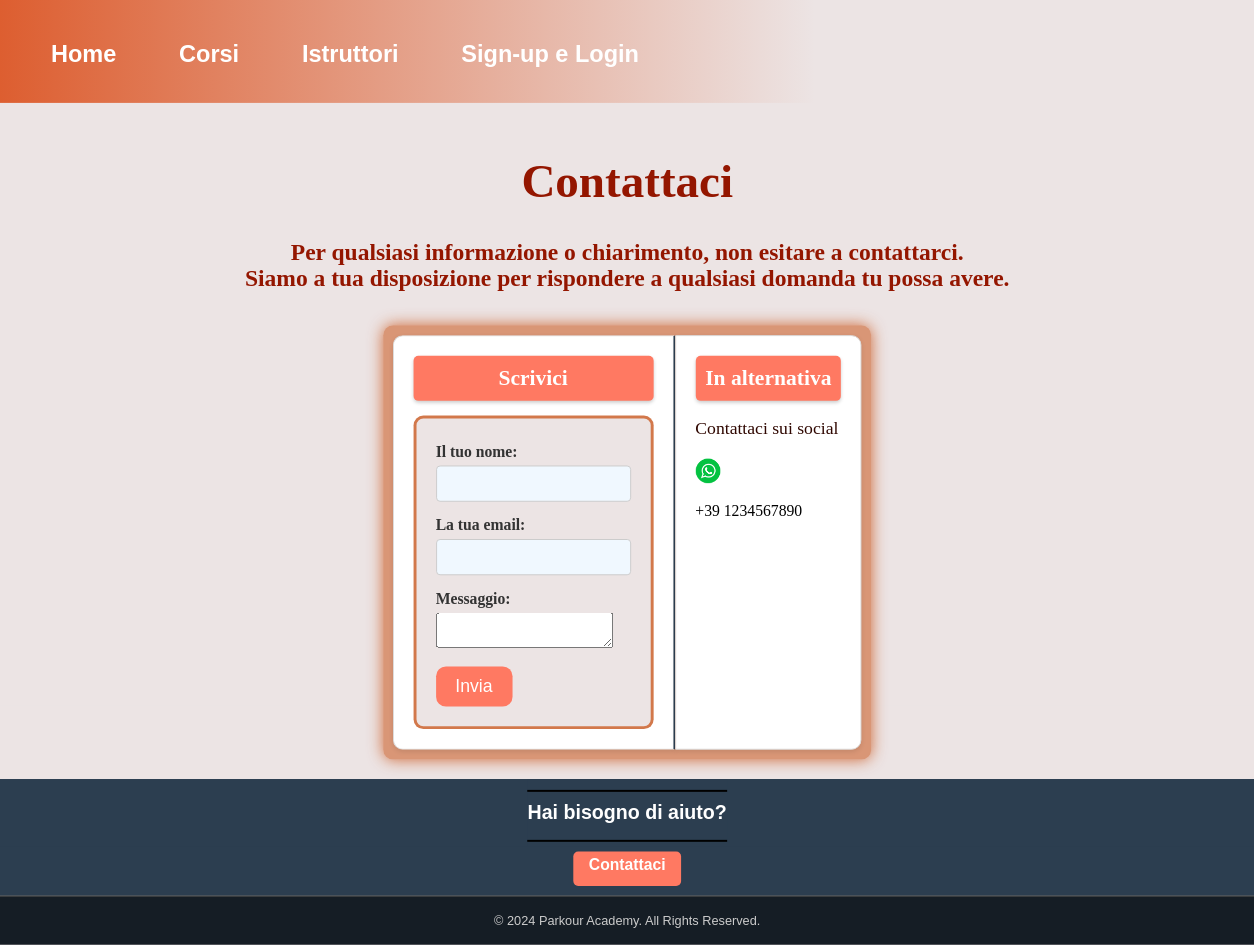
Repository: GiuuGpEEp/TerzoAnnoUni
Page: http://localhost/ContactUs/contact.php
These files come from the project's save history. The page is drawn as it stood at one moment and after a run of saves; the edit follows.
The browser window is 1280 px wide. The pictures show the whole page, at 98% of full size.
The page is run by PHP 8.4 with error messages shown; the project is at /var/www/html/.

Above is the page before, as saved 2025-01-13 15:42:46.

### SAW/Esercizi/Progetto/ContactUs/contact.php
<!DOCTYPE html>
<html lang="it">
<head>
    <title>PA - Contattaci</title>
    <link rel="icon" href="../Logo32.ico" type="image/x-icon">
    <link rel="stylesheet" type="text/css" href="contactStyle.css">
</head>
<body>
    <div class="wrapper">
        <header class="header">
            <?php include '../Navbar/navbar.php'; ?>
        </header>
        <div class="content">
            <div class="title">
                <h1>Contattaci</h1>
                <p>Per qualsiasi informazione o chiarimento, non esitare a contattarci. <br>
                Siamo a tua disposizione per rispondere a qualsiasi domanda tu possa avere.</p>
            </div>
            <div class="contactANDForm">
                <div class="formSection" id="messageFormSection">
                    <div class="formTitle">Scrivici</div>
                    <form class="messageForm" action="contactForm.php" method="post">
                        <label for="name">Il tuo nome:</label>
                        <input type="text" id="name" name="name" required>
                        <label for="email">La tua email:</label>
                        <input type="email" id="email" name="email" required>
                        <label for="message">Messaggio:</label>
                        <textarea id="message" name="message" required></textarea>
                        <div>
                            <input type="submit" class="button" value="Invia">
                        </div>
                    </form>
                </div>
                <div class="formSection" id="contactSection">
                    <div class="formTitle">In alternativa</div>
                    <div class="contactInfo">
                        <p class="contactText"> Contattaci sui social </p>
                        <div class="whatsapp">
                            <img src= whatsappLogo.png alt="whatsapp" class="waLogo" width="25" height="25">
                            <p class="waText">+39 1234567890</p>
                        </div>
                    </div>
                </div>
            </div>
        </div>
        <?php include '../Footer/footer.php'; ?>
    </div>
</body>

</html>

### SAW/Esercizi/Progetto/NavBar/NavBar.php
<?php
    if (session_status() === PHP_SESSION_NONE) {
        session_start();
    }
?>

<style>
        .menu {
        display: flex;
        margin-left: auto;
        min-height: 40px;
        max-width: 100%;
        align-items: center;
        background: linear-gradient(to left, transparent 35%, #dd5e30 );
    }

    #main-menu {
        display: flex;
        flex-wrap: wrap;
        font-weight: bold;
        font-size: 32px; /* Increased */
        font-family: Montserrat, sans-serif;
        justify-content: flex-end;
        align-items: center;
        margin-right: 20px;
        margin-left: 20px;
        padding: 0;
        list-style: none;
    }


    .menu-item {
        position: relative;
        margin: 0 20px;
        border: 2px solid transparent;
        border-radius: 5px;
        transition: all 200ms ease-in-out;
    }

    .menu-item:hover {
        border-color: white;
    }

    .menu-link {
        text-decoration: none;
        color: white;
        font-weight: bold;
        padding: 5px 10px;
        transition: color 200ms ease-in-out;
        font-size: 24px; /* Increased */
    }

    .menu-link:hover {
        color: #502915;
    }

    .menu-item.active {
        border-color: white;
    }

</style>

<script>
    function goHome(){
        window.location.href = "../index/index.php";
    }
</script>

<nav class="menu">
    <ul id="main-menu">
        <li class="menu-item">
            <a class="menu-link" onclick="goHome()">Home</a>
        </li>
        <li class="menu-item">
            <a class="menu-link" href="/corsi">Corsi</a>
        </li>
        <li class="menu-item">
            <a class="menu-link" href="/istruttori">Istruttori</a>
        </li>
        <li class="menu-item">
            <?php if(isset($_SESSION['username'])){
                echo "<a class='menu-link' href='../ShowProfile/show_profile.php'> Profilo </a>";
            }else{
                echo "<a class='menu-link' href='../Registration-login/Form.php'> Sign-up e Login </a>";
            }
            ?>
        </li>
    </ul>
</nav>

### SAW/Esercizi/Progetto/Footer/footer.php
<style>

    .Sfooter {
        color: #fff;
        text-align: center;
        font-family: Arial, sans-serif;
        margin: 0;
        width: 100%;
    }

    .footerContent {
        width: 100%;
        margin-bottom: 20px;
        background-color: #2c3e50;
        margin: 0;
        flex-shrink: 0;
    }

    #footerButton{
        font-size: 16px;
        font-weight: bold;
        padding: 5px;
        margin-top: 5px;
        margin-bottom: 10px;
        width: 100px;
        height: 25px;
        border-radius: 5px;
        float: none;
    }

    #footerTitle{
        position: relative;
        font-size: 20px;
        font-weight: bold;
        text-align: center;
        background-color: #2c3e50;
        display: inline-block;
    }

    #footerTitle::before, #footerTitle::after {
        content: "";
        display: inline-block;
        width: 100%;
        height: 2px;
        background-color: rgb(0, 0, 0);
    }

    #footerTitle::before{
        margin-bottom: 5px;
    }

    #footerCopy {
        font-size: 13px ;
        border-top: 1px solid #4a4a4a;
        padding: 4px;
        background-color: #151d25;
        color: #ccc;
    }

</style>

<footer class="Sfooter">
    <div class="footerContent">
        <p class="footerContent"><span id="footerTitle">Hai bisogno di aiuto?</span></p>
        <a id="footerButton" class="button" href="../ContactUs/contact.php" type="button">Contattaci</a>
    </div>
    <div id="footerCopy">
        <p>© 2024 Parkour Academy. All Rights Reserved.</p>
    </div>
</footer>

### SAW/Esercizi/Progetto/ContactUs/contactStyle.css
html, body {
    background-color: #ece4e4;
    height: 100%;
    margin: 0;
    padding: 0;
    box-sizing: border-box;
    display: flex;
    flex-direction: column;
}

.wrapper {
    display: flex;
    flex-direction: column;
    min-height: 100%;
}

.content {
    flex: 1;
    padding: 20px;
    text-align: center;
}

.title{
    font-size: 24px;
    font-weight: bold;
    color: #941600;
    margin-bottom: 20px;
}

.button {
    background-color: #ff7962; /* Arancione */
    border: none;
    color: white;
    text-align: center;
    text-decoration: none;
    display: inline-block;
    font-size: 18px;
    margin-top: 15px;
    border-radius: 10px;
    padding: 10px 20px;
    font-family: Montserrat, sans-serif;
    transition: background-color 0.3s ease;
}

.button:hover {
    background-color: #941600; /* Arancione scuro */
}

.formTitle {
    font-size: 22px;
    font-weight: bold;
    color: #555;
    text-align: center;
    margin-bottom: 15px;
    padding: 10px;
    background-color: #ff7962;
    color: white;
    border-radius: 5px;
    box-shadow: 0 2px 4px rgba(0, 0, 0, 0.2);
}

.contactANDForm{
    background-color: rgb(200,74,11,0.5);
    display: inline-flex;
    margin-top: 10px;
    text-align: justify;
    box-shadow: 0 0 15px rgba(200, 74, 11, 0.8);
    border-radius: 10px;
    padding: 10px;
}

.formSection {
    margin: 0px;
    padding: 20px;
    background-color: #ffffff;
    border: 1px solid #ddd;
    box-shadow: 0 2px 5px rgba(0, 0, 0, 0.1);
}

#messageFormSection{
    border-radius: 10px 0 0 10px;
    border-right: 2px solid #2c3e50;
}

.messageForm {
    width: 100%;
    padding: 20px;
    box-sizing: border-box;
    margin-right: 0px;
    border: 3px solid rgba(200, 74, 11, 0.7);
    background-color: #ece4e4;
    border-radius: 10px;
}

input[type="text"], input[type="password"], input[type="email"] {
    width: 100%;
    padding: 10px;
    border: 1px solid #ccc;
    border-radius: 4px;
    box-sizing: border-box;

   /* Include padding e border nella larghezza */
    margin-bottom: 10px;
    background-color: #f0f8ff;
}

label {
    display: block;
    margin-bottom: 5px;
    margin-top: 5px;
    color: #333;
    font-weight: bold;
}

textarea{
    resize: both;
    max-width: 200px;
    max-height: 50px;
}

#contactSection{
    border-radius: 0 10px 10px 0;
}

.contactText{
    font-size: 18px;
    color: #2f0701;
    margin-bottom: 20px;
    text-align: justify;
}

After the next 3 saves:
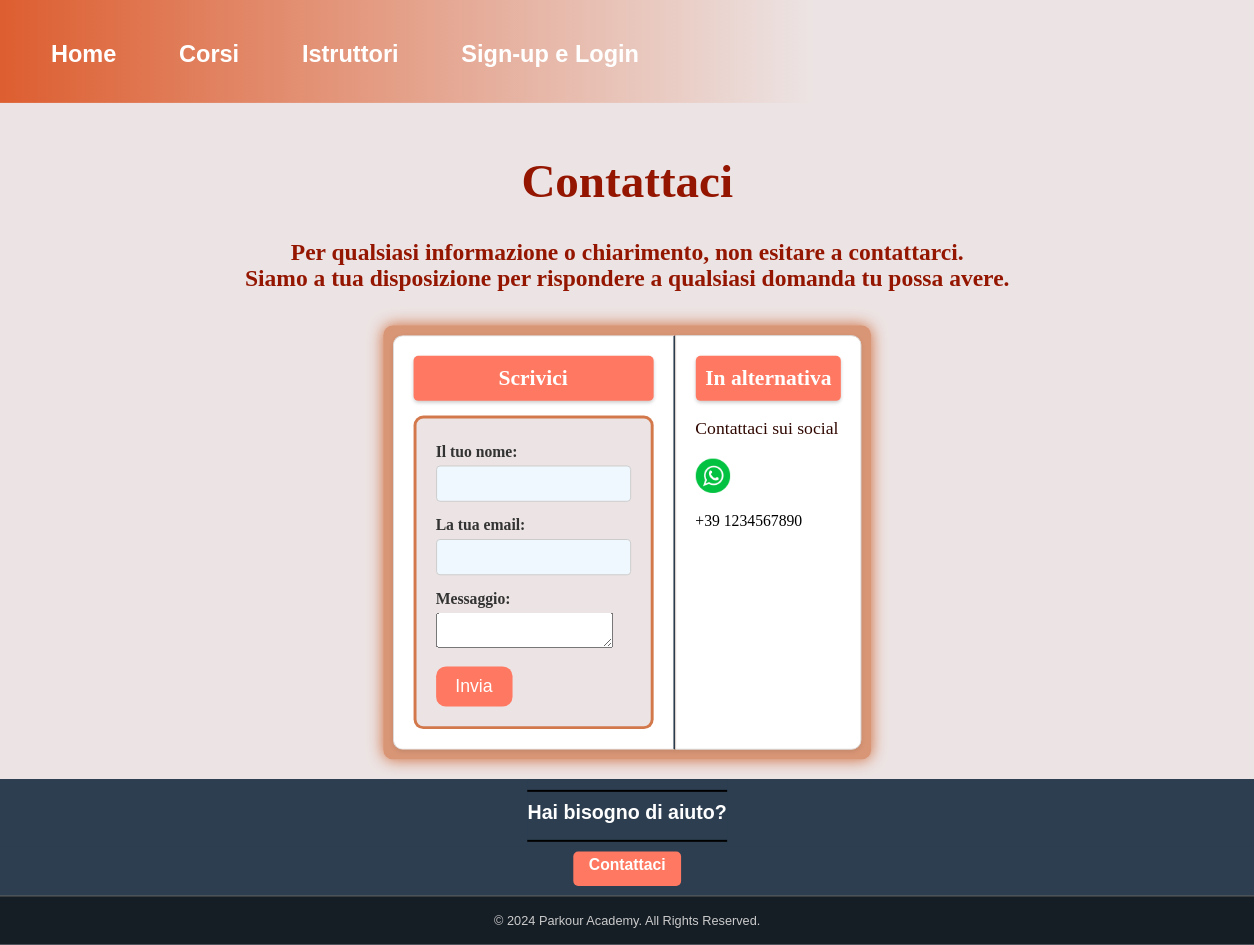
The 3 saves are shown as one change because they came seconds apart.
The last was saved 11 s later.
--- a/SAW/Esercizi/Progetto/ContactUs/contact.php
+++ b/SAW/Esercizi/Progetto/ContactUs/contact.php
@@ -36,7 +36,7 @@
                     <div class="contactInfo">
                         <p class="contactText"> Contattaci sui social </p>
                         <div class="whatsapp">
-                            <img src= whatsappLogo.png alt="whatsapp" class="waLogo" width="25" height="25">
+                            <img src= whatsappLogo.png alt="whatsapp" class="waLogo" width="35" height="35">
                             <p class="waText">+39 1234567890</p>
                         </div>
                     </div>

After the save that followed:
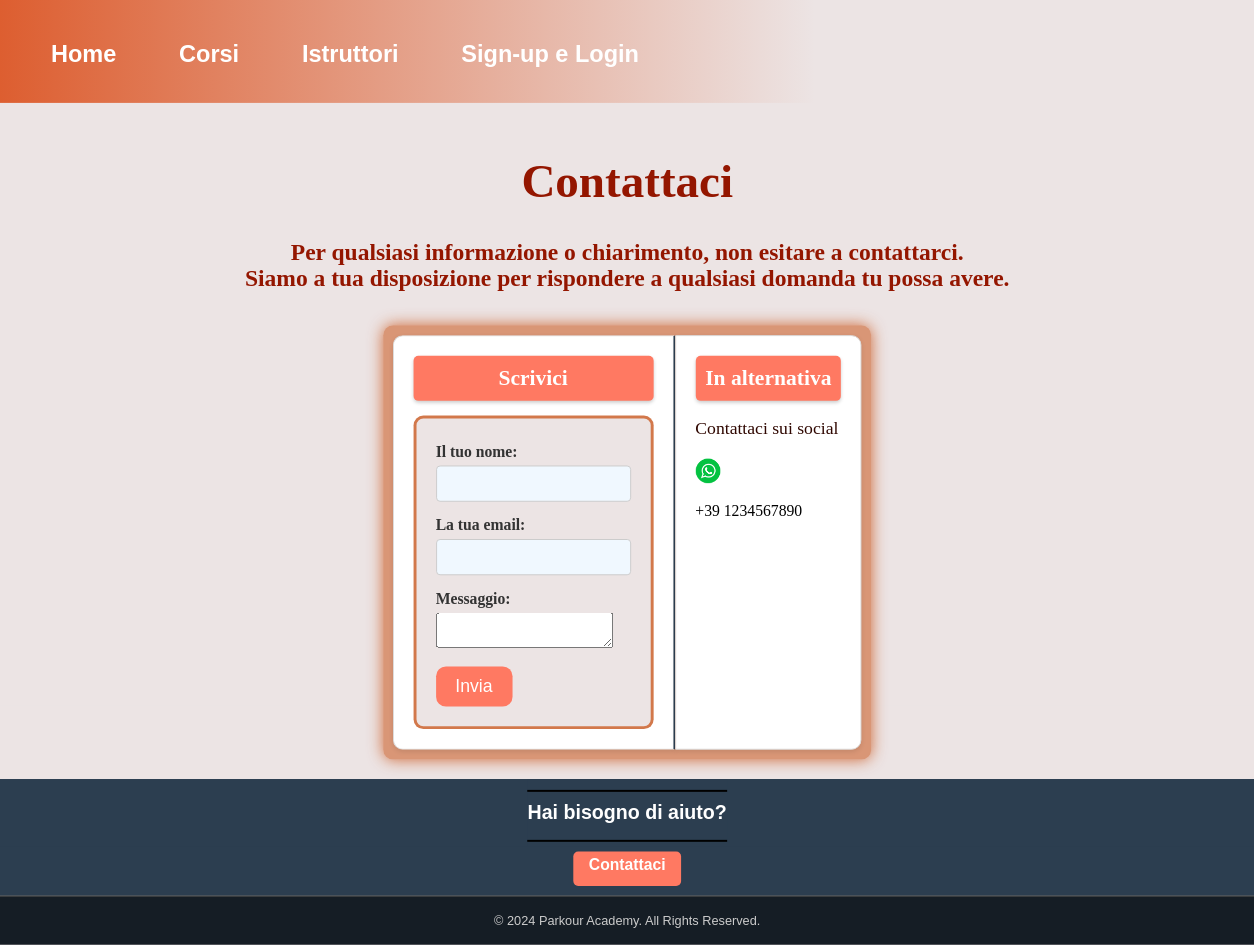
Saved 6 s later.
--- a/SAW/Esercizi/Progetto/ContactUs/contact.php
+++ b/SAW/Esercizi/Progetto/ContactUs/contact.php
@@ -36,7 +36,7 @@
                     <div class="contactInfo">
                         <p class="contactText"> Contattaci sui social </p>
                         <div class="whatsapp">
-                            <img src= whatsappLogo.png alt="whatsapp" class="waLogo" width="35" height="35">
+                            <img src= whatsappLogo.png alt="whatsapp" class="waLogo" width="25" height="25">
                             <p class="waText">+39 1234567890</p>
                         </div>
                     </div>
